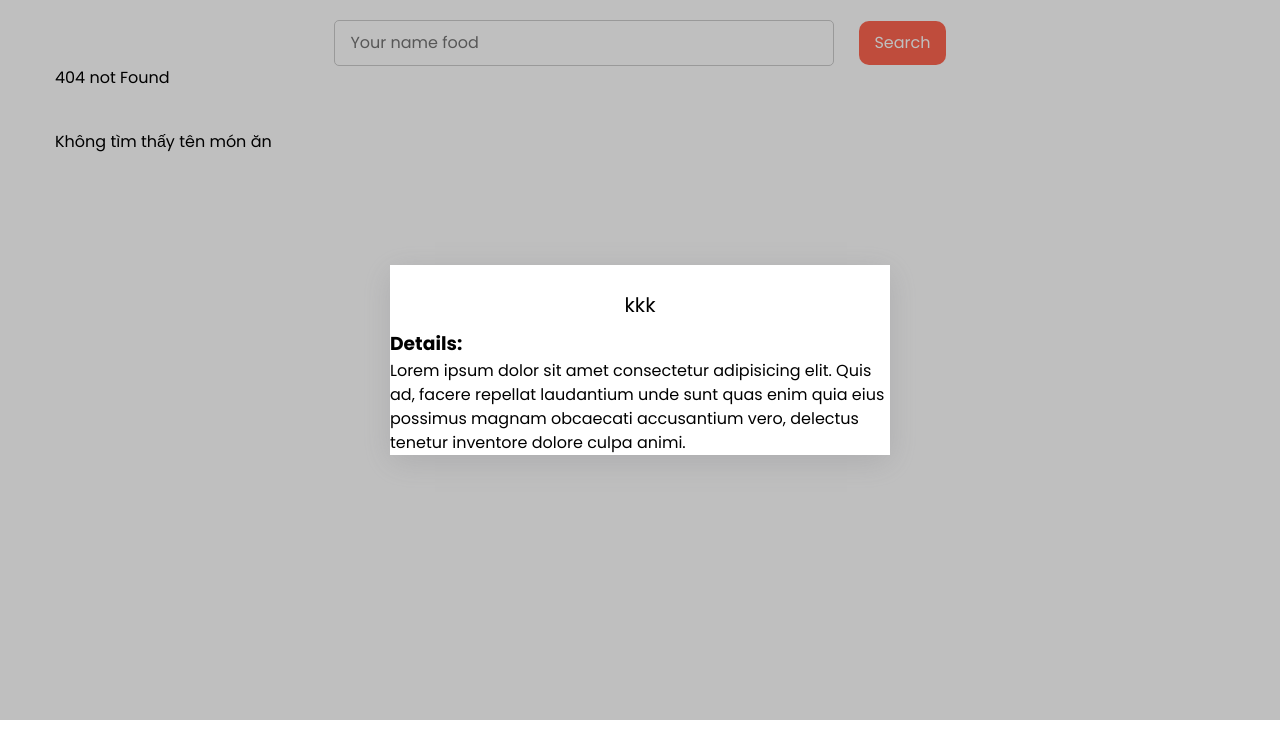
Repository: hoang0508/ReactJsDevWork
Page: /
The author's editor kept a copy of each file at every save. The page is drawn from the files as they stood at one save, then again after the next save.
The browser window is 1280 px wide. The pictures show the whole page.
The page's requests for data from a server got no answer. The project was rebuilt for these pictures with package versions that can differ from the ones it lists, and the page was loaded fresh each time. No one was signed in, and anything a server would have sent is missing.

Above is the page before, as saved 2022-02-05 22:54:34.

### src/index.scss
body {
  margin: 0;
  font-family: "Poppins", sans-serif;
  font-size: 16px;
  -webkit-font-smoothing: antialiased;
  -moz-osx-font-smoothing: grayscale;
}

code {
  font-family: source-code-pro, Menlo, Monaco, Consolas, "Courier New",
    monospace;
}

### src/App.js
import "./App.scss";
// import Button from "./components/Button/Button";
import Food from "./components/FoodApi/Food";

function App() {
  return (
    <>
      {/* <div>Hello</div> */}
      <Food />
      {/* <Button /> */}
    </>
  );
}

export default App;

### src/App.scss
@import url("https://fonts.googleapis.com/css2?family=Poppins:ital,wght@0,300;0,400;0,500;0,600;0,700;1,600&family=Red+Hat+Display:wght@300;400;500;600;700&display=swap");
*,
*::before,
*::after {
  box-sizing: border-box;
}
body,
h1,
h2,
h3,
h4,
h5,
h6,
p,
figure,
picture {
  margin: 0;
}
body {
  min-height: 100vh;
  line-height: 1.5;
}
input,
button,
select,
textarea {
  font: inherit;
}
img,
picture {
  display: block;
  max-width: 100%;
}
/* remove animation for people who've turned them off */
@media (prefers-reduced-motion: reduce) {
  *,
  *::before,
  *::after {
    animation-duration: 0.01ms !important;
    animation-iteration-count: 1 !important;
    transition-duration: 0.01ms !important;
    scroll-behavior: auto !important;
  }
}

// body {
//   background: #eb3349; /* fallback for old browsers */
//   background: -webkit-linear-gradient(
//     to right,
//     #f45c43,
//     #eb3349
//   ); /* Chrome 10-25, Safari 5.1-6 */
//   background: linear-gradient(
//     to right,
//     #f45c43,
//     #eb3349
//   ); /* W3C, IE 10+/ Edge, Firefox 16+, Chrome 26+, Opera 12+, Safari 7+ */
// }

### src/components/FoodApi/Food.js
// import lodas from "lodash";
import React, { useState } from "react";
import useHookFoodAPI from "../../hooks/useHookFoodAPI";
import "./Food.scss";

const Food = () => {
  // khởi tạo data ô input
  const [queryMeals, setQueryMeals] = useState("chicken_breast");
  const [detailsMeals, setDetailsMeals] = useState("");
  const { data, loading, notFound, setUrl } = useHookFoodAPI(
    `https://www.themealdb.com/api/json/v1/1/filter.php?i=${queryMeals}`
  );
  //
  const handleChangeFood = (e) => {
    setQueryMeals(e.target.value);
  };
  // Hàm Btn Click URL
  const handleDataFood = (e) => {
    e.preventDefault();
    setUrl(
      `https://www.themealdb.com/api/json/v1/1/filter.php?i=${queryMeals}`
    );
  };
  const handleBtnDetails = (e, id) => {
    e.preventDefault();
    setDetailsMeals(
      `https://www.themealdb.com/api/json/v1/1/lookup.php?i=${id}`
    );
  };
  return (
    <>
      <div className="food">
        <form>
          {/* input */}
          <input
            className="food-input"
            type="text"
            // defaultValue={queryMeals}
            placeholder="Your name food"
            onChange={(e) => handleChangeFood(e)}
          />
          <button onClick={(e) => handleDataFood(e)} className="food-btn">
            Search
          </button>
        </form>
        {/* loading */}
        {loading && <div className="food-loading"></div>}
        {/* Not found 404 */}
        {!loading && notFound && <p>404 not Found</p>}
        {/* foodlist */}
        <div className="food-list">
          {!data.meals && <div>Không tìm thấy tên món ăn</div>}
          {!loading &&
            data.meals &&
            data.meals.length > 0 &&
            data.meals.map((item, index) => {
              if (!item.strMeal || item.strMeal.length <= 0) {
                return null;
              }
              return (
                <div className="food-item" key={item.idMeal}>
                  <div className="food-image">
                    <img src={item.strMealThumb} alt="" />
                  </div>
                  <div className="food-title">{item.strMeal}</div>
                  <button
                    onClick={(e, id) => handleBtnDetails(e, item.idMeal)}
                    className="food-btn food-btn--primary"
                  >
                    Watch Details
                  </button>
                </div>
              );
            })}
        </div>
        <div className="food-modal">
          <div className="food-container">
            <div className="food-title">kkk</div>
            <h3>Details: </h3>
            <div className="food-desc">
              Lorem ipsum dolor sit amet consectetur adipisicing elit. Quis ad,
              facere repellat laudantium unde sunt quas enim quia eius possimus
              magnam obcaecati accusantium vero, delectus tenetur inventore
              dolore culpa animi.
            </div>
            <div className="modal-images">
              <img src="" alt="" />
            </div>
          </div>
        </div>
      </div>
    </>
  );
};

export default Food;

### src/hooks/useHookFoodAPI.js
import axios from "axios";
import { useEffect, useRef, useState } from "react";

export default function useHookFoodAPI(initialUrl, initialData) {
  // render data
  const [data, setData] = useState([]);
  // Loading
  const [loading, setLoading] = useState(true);
  // Not found search
  const [notFound, setNotFound] = useState("");
  // url Link API
  const [url, setUrl] = useState(initialUrl);
  const fetchDataFood = useRef();
  fetchDataFood.current = async () => {
    setLoading(true);
    try {
      const reponse = await axios.get(url);
      setData(reponse.data);
      setLoading(false);
    } catch (err) {
      setLoading(false);
      setNotFound(`404 ${err}`);
    }
  };
  // Fuction onChange input
  // const handleChangeFood = lodash.debounce((e) => {
  //   setQueryMeals(e.target.value);
  // }, 500);
  // useEffect
  useEffect(() => {
    fetchDataFood.current();
  }, [url]);
  return {
    data,
    loading,
    notFound,
    setUrl,
  };
}

### src/components/FoodApi/Food.scss
.food {
  max-width: 1170px;
  margin: 20px auto 0;
  form {
    display: flex;
    align-items: center;
    justify-content: center;
    gap: 0 25px;
    margin: 0 auto;
  }
  &-input {
    display: block;
    max-width: 500px;
    width: 100%;
    border: 1px solid #ccc;
    border-radius: 5px;
    padding: 10px 15px;
    outline: none;
    overflow: hidden;
    transition: all 0.25s linear;
  }
  &-input:focus {
    border-color: #2cccff;
  }
  &-btn {
    padding: 10px 15px;
    background-color: #ff6651;
    color: #fff;
    outline: none;
    border: 0;
    border-radius: 10px;
    cursor: pointer;
  }
  &-btn--primary {
    display: block;
    margin: 0 auto;
    margin-top: auto;
    margin-bottom: 20px;
  }
  &-list {
    display: grid;
    grid-template-columns: repeat(3, 1fr);
    grid-gap: 40px;
    margin: 40px 0 100px;
  }
  &-item {
    background-color: #fff;
    border-radius: 10px;
    border: 1px solid #ccc;
    overflow: hidden;
    cursor: pointer;
    // transition: all 0.25s linear;
    display: flex;
    flex-direction: column;
  }
  &-image {
    height: 300px;
    img {
      width: 100%;
      height: 100%;
      object-fit: cover;
    }
  }
  &-title {
    text-align: center;
    margin-top: 15px;
    font-size: 20px;
    padding: 10px 0;
  }
  &-loading {
    width: 80px;
    height: 80px;
    border-radius: 100rem;
    border: 5px solid #2cccff;
    border-right: transparent;
    animation: foodLoading 2s linear infinite;
    margin: 50px auto;
  }
  @keyframes foodLoading {
    0% {
      transform: rotate(0deg);
    }
    // 50% {
    //   transform: rotate(45deg);
    // }
    100% {
      transform: rotate(360deg);
    }
  }
  &-modal {
    position: fixed;
    top: 0;
    left: 0;
    right: 0;
    bottom: 0;
    z-index: 999999;
    background-color: rgba(0, 0, 0, 0.25);
    display: flex;
    align-items: center;
    justify-content: center;
    flex-direction: column;
  }
  &-container {
    max-width: 500px;
    overflow: scroll;
    background-color: #fff;
    box-shadow: rgba(100, 100, 111, 0.2) 0px 7px 29px 0px;
  }
}

Loaded but not shown: public/index.html (common file); src/index.js (common file); src/reportWebVitals.js (common file)

After the next save:
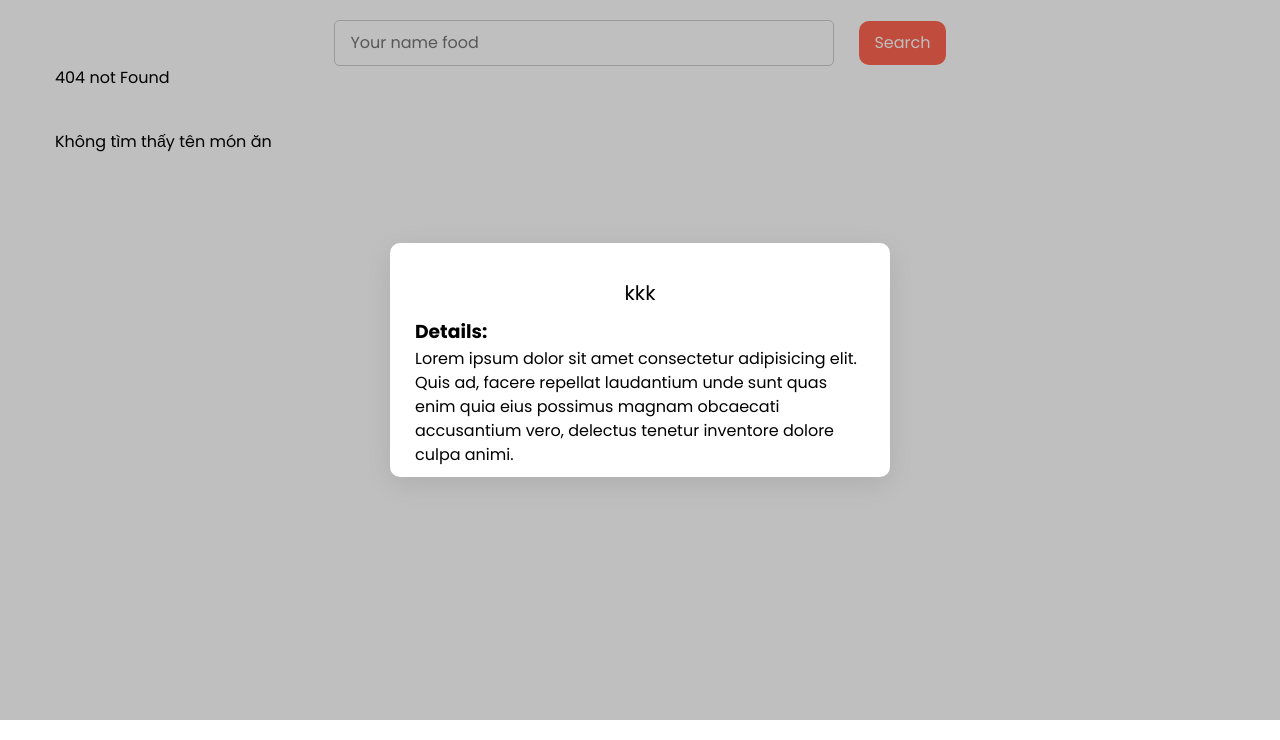
Saved 21 s later.
--- a/src/components/FoodApi/Food.scss
+++ b/src/components/FoodApi/Food.scss
@@ -105,5 +105,7 @@
     overflow: scroll;
     background-color: #fff;
     box-shadow: rgba(100, 100, 111, 0.2) 0px 7px 29px 0px;
+    padding: 10px 25px;
+    border-radius: 10px;
   }
 }
